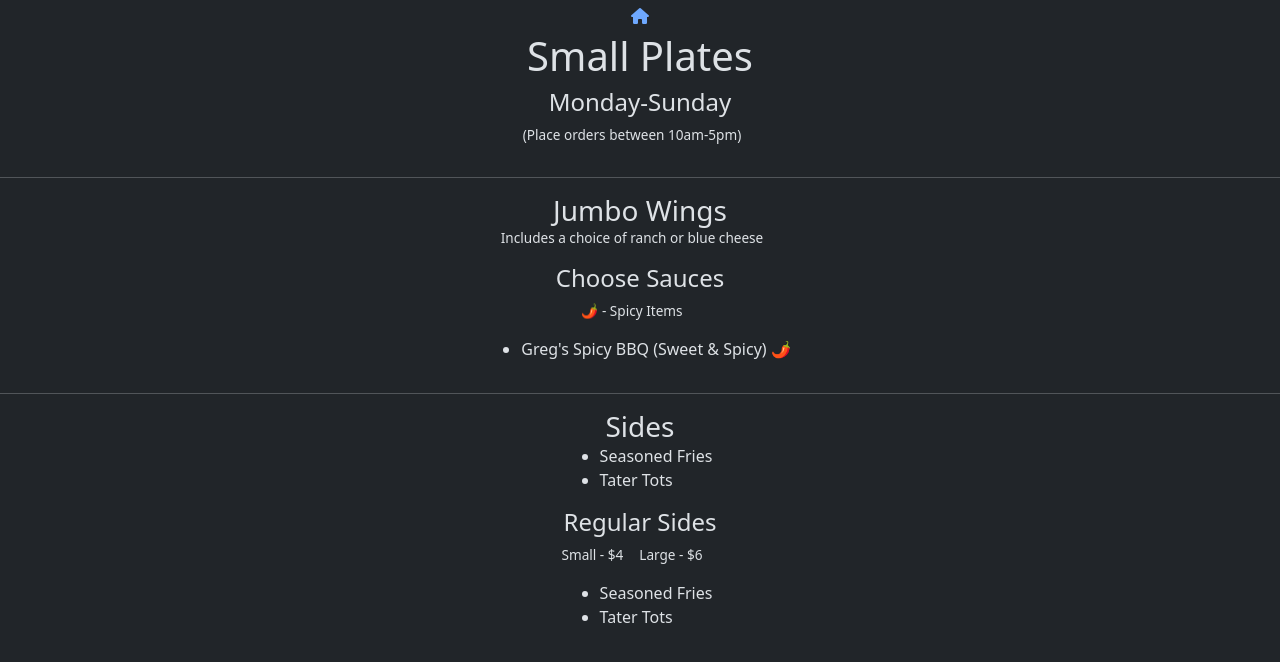
Repository: dukedward/smokehousemenu
Page: plates/index.html
The author's editor kept a copy of each file at every save. The page is drawn from the files as they stood at one save, then again after the next save.
The browser window is 1280 px wide. The pictures show the whole page.
Some web libraries are served in a nearby version.

Above is the page before, as saved 2023-03-06 13:24:53.

### plates/index.html
<!DOCTYPE html>
<html lang="en" data-bs-theme="dark">
<head>
    <meta charset="UTF-8">
    <meta http-equiv="X-UA-Compatible" content="IE=edge">
    <meta name="viewport" content="width=device-width, initial-scale=1.0">
    <link rel="stylesheet" href="https://cdnjs.cloudflare.com/ajax/libs/font-awesome/6.3.0/css/all.min.css" integrity="sha512-SzlrxWUlpfuzQ+pcUCosxcglQRNAq/DZjVsC0lE40xsADsfeQoEypE+enwcOiGjk/bSuGGKHEyjSoQ1zVisanQ==" crossorigin="anonymous" referrerpolicy="no-referrer" />
    <link href="https://cdn.jsdelivr.net/npm/bootstrap@5.3.0-alpha1/dist/css/bootstrap.min.css" rel="stylesheet" integrity="sha384-GLhlTQ8iRABdZLl6O3oVMWSktQOp6b7In1Zl3/Jr59b6EGGoI1aFkw7cmDA6j6gD" crossorigin="anonymous">
    <link rel="stylesheet" href="../style.css" />
    <link rel="shortcut icon" href="../images/favicon.ico" type="image/x-icon">
    <title>Small Plates</title>
</head>
<body>
    <div class="title">
        <a href="/">
            <i class="fa-solid fa-house mt-2 mb-2"></i>
        </a>
        <h1>Small Plates</h1>
        <h4>Monday-Sunday</h4>
        <p>(Place orders between 10am-5pm)</p>
    </div>
    <!-- <hr>
    <div class="sections">
        <div class="sect">
            <h3>Jumbo Wings</h3>
            <div class="desc">
                <p>Includes a choice of ranch or blue cheese</p>
            </div>
            <div class="sub-sect">
                <h4>Choose Amount:</h4>
                <ul>
                    <li>5pc - $7.50</li>
                    <li>10pc - $13</li>
                    <li>20pc - $22</li>
                    <li>30pc - $31</li>
                </ul>
            </div>
            <div class="sub-sect">
                <h4>Choose Style:</h4>
                <ul>
                    <li>Traditional Fried</li>
                    <li>Smoke Fried</li>
                    <li>Signature Wild Wings</li>
                </ul>
            </div>
            <div class="sub-sect">
                <h4>Choose Sauces:</h4>
                <div class="desc">
                    <p>🌶️ - Spicy items</p>
                </div>
                <ul>
                    <li>Greg's Sweet BBQ</li>
                    <li>Sweet Teriyaki</li>
                    <li>Garlic Parmesan</li>
                    <li>Honey Mustard</li>
                    <li>Lemon Pepper</li>
                    <li>Carolina Gold 🌶️</li>
                    <li>Buffalo Sauce 🌶️</li>
                    <li>Hot Garlic 🌶️</li>
                    <li>Hot Honey Garlic 🌶️</li>
                    <li>Greg's Spicy BBQ (Sweet & Spicy) 🌶️</li>
                    <li>Honey Sriracha 🌶️</li>
                    <li>Spicy Honey Mustard 🌶️</li>
                    <li>Sweet Thai Chili 🌶️</li>
                </ul>
            </div>
        </div>
        <hr>
        <div class="sect">
            <h3>Smoked Pork Ribs</h3>
            <ul>
                <li>(2) Bone - $7</li>
                <li>Half Rack - $17.50</li>
                <li>Full Rack - $33</li>
            </ul>
            <h3>Smoked Beef Ribs</h3>
            <ul>
                <li>(1) Bone - $15</li>
                <li>(2) Bones - $25</li>
            </ul>
        </div>
        <hr>
        <div class="sect">
            <h3>Regular Sides</h3>
            <div class="desc">
                <p>Small - $4</p>
                <p>Large - $6</p>
            </div>
            <ul>
                <li>Seasoned Fries</li>
                <li>Tater Tots</li>
            </ul>
            <h3>Specialty Sides</h3>
            <div class="desc">
                <p>Cup - $7</p>
                <p>Pint - $12</p>
                <p>Quart - $21</p>
            </div>
            <ul>
                <li>White chedder Mac-n-Cheese</li>
                <li>Mommas Baked Beans (made w/ beef)</li>
                <li>Southern Green Beans (made w/ Turkey)</li>
            </ul>
            <h3>Garlic Toast</h3>
            <ul>
                <li>Small Basket (3) - $4</li>
                <li>Large Basket (6) - $6</li>
            </ul>
        </div>
        <hr>
        <div class="sect">
            <h3>Plates</h3>
            <div class="desc">
                <p>Includes 1 side & garlic toast</p>
                <p>$3 extra for specialty sides</p>
            </div>
            <ul>
                <li>Fried Shrimp Plate - $16</li>
                <li>Fried Catfish Plate - $16</li>
                <li>Small Wing Plate (5) - $10</li>
                <li>Large Wing Plate (10) - $16</li>
                <li>Chicken Finger Plate (4) - $12</li>
                <li>BBQ Chicken Plate (Leg & Thigh) - $11</li>
                <li>Fried Chicken Plate (Leg & Thigh) - $12</li>
                <li>Pulled Pork (1/2 lb) - $13</li>
                <li>Pork Rib Plate (4) - $15</li>
                <li>Beef Short Rib Plate (1/2 lb) - $20</li>
                <li>Smoked Sausage (1 lb Sliced) - $12</li>
            </ul>
        </div>
        <hr>
        <div class="sect">
            <h3>Sandwiches</h3>
            <div class="desc">
                <p>Includes one side</p>
            </div>
            <ul>
                <li>Chicken Sandwich - $13</li>
                <li>Short Rib Sandwich - $18</li>
                <li>Sausage & Peppers Pork - $15</li>
                <li>Cheese Burger - $11</li>
            </ul>
            <h3>Sliders</h3>
            <div class="desc">
                <p>Includes one side and sauce of choice</p>
            </div>
            <ul>
                <li>Chicken Sliders - $12</li>
                <li>Pulled Pork Sliders - $14</li>
                <li>Beef Short Rib Sliders - $16</li>
                <li>Mix-n-Match Sliders - $15</li>
            </ul>
        </div>
        <hr>
        <div class="sect">
            <h3>Add Ons</h3>
            <ul>
                <li>Side Shrimp (1/4 lb) - $7</li>
                <li>Catfish (1) - $7</li>
                <li>Chicken Finger (1) - $3</li>
                <li>Pork Sausage (1) - $7</li>
            </ul>
        </div>
    </div> -->
    <div class="bottom"></div>
    <script src="https://cdn.jsdelivr.net/npm/bootstrap@5.3.0-alpha1/dist/js/bootstrap.bundle.min.js" integrity="sha384-w76AqPfDkMBDXo30jS1Sgez6pr3x5MlQ1ZAGC+nuZB+EYdgRZgiwxhTBTkF7CXvN" crossorigin="anonymous"></script>
    <script src="../script.js"></script>
</body>
</html>

### style.css
.container {
    height: 100vh;
}

.title {
	display: flex;
	flex-direction: column;
	justify-content: center;
	align-items: center;
}

.sections {
	display: grid;
}

.sect, .sub-sect {
	display: flex;
	flex-direction: column;
	justify-content: left;
	align-items: center;
}

.sect h2,h3 {
    margin-bottom: 0;
}

.desc {
    display: flex;
    flex-direction: row;
    justify-content: space-between;
}

.desc p,.title p {
    padding-right: 1rem;
    font-size: .85rem;
}

### script.js
// Collecting DOM Elements
const bottom = document.querySelector('.bottom');
const sections = document.querySelector('.sections');

// API Data
const categories = [
    {
        name: 'Jumbo Wings',
        hasSubSection: true,
        description: [
            {
                text: 'Includes a choice of ranch or blue cheese',
            },
        ],
    },{
        name: 'Sides',
        hasSubSection: true,
        description: [],
    },
];
const products = [
    {
        name: 'Greg\'s Spicy BBQ (Sweet & Spicy) 🌶️',
        image: '',
        price: 0,
        category: {
            _id: '640533ab345c72c36a197c35',
            name: 'Jumbo Wings'
        },
    }, {
        name: 'Seasoned Fries',
        image: '',
        price: 0,
        category: {
            _id: '87689736897163987',
            name: 'Sides'
        }
    }, {
        name: 'Tater Tots',
        image: '',
        price: 0,
        category: {
            _id: '87689736897163987',
            name: 'Sides'
        }
    }
];
const subCategories = [
    {
        name: 'Choose Sauces',
        description: [
            {
                text: '🌶️ - Spicy Items',
            },
        ],
        category: {
            _id: '640533ab345c72c36a197c35',
            name: 'Jumbo Wings'
        },
    }, {
        name: 'Regular Sides',
        description: [
            {
                text: 'Small - $4'
            },
            {
                text: 'Large - $6'
            }
        ],
        category: {
            _id: '87689736897163987',
            name: 'Sides'
        }
    }
];

document.body.onload = addSection;

function addSection() {
    let catName, subCatName, prodName = ''
    for(i=0; i < categories.length; i++) {
            catName = categories[i].name;
            // create a new div element
            const lineBreak = document.createElement("hr");
            const newDiv = document.createElement("div");
            newDiv.className = "sect";

            // and give it some content
            // Section Title
            const newSectTitle = document.createElement("h3");
            newSectTitle.innerHTML = catName;

            // Section Description
            console.log(categories[i].description.length);
            const newDesc = document.createElement("div");
            newDesc.className = "desc";
            for(e=0; e < categories[i].description.length; e++ ) {
                const newDescText = document.createElement("p");
                newDescText.innerHTML = categories[i].description[i].text;
                // console.log(categories[i].description[i].text);
                newDesc.appendChild(newDescText);
            }

            if(categories[i].hasSubSection === true) {
                for (s=0; s < subCategories.length; s++) {
                    subCatName = subCategories[s].category.name
                    if (catName === subCatName) {
                        // Sub Section
                        const newSubSect = document.createElement("div");
                        newSubSect.className = "sub-sect";

                        // Sub Section Title
                        const newSubSectTitle = document.createElement("h4");
                        newSubSectTitle.innerHTML = subCategories[s].name;

                        // Sub Section Description
                        const newSubSectDesc = document.createElement('div');
                        newSubSectDesc.className = "desc";
                        for (d=0; d < subCategories[s].description.length; d++) {
                            const newSubSectDescText = document.createElement("p");
                            newSubSectDescText.innerHTML = subCategories[s].description[d].text;
                            newSubSectDesc.appendChild(newSubSectDescText);

                            // Sub Section List
                            const newSubSectList = document.createElement('ul');
                            for (p=0; p < products.length; p++) {
                                prodName = products[p].category.name
                                if (catName === prodName) {
                                    const newSubSectListItem = document.createElement('li');
                                    newSubSectListItem.innerHTML = products[p].name
                                    newSubSectList.appendChild(newSubSectListItem)
                                }

                            }
                            // Appending all elements to Sub Section
                            newSubSect.appendChild(newSubSectTitle)
                            newSubSect.appendChild(newSubSectDesc)
                            newSubSect.appendChild(newSubSectList)

                            // Appending all elements to Parent Div
                            newDiv.appendChild(newSectTitle);
                            newDiv.appendChild(newDesc);
                            newDiv.appendChild(newSubSect)
                        }
                    }
                }
            } else {
                //  Section List
                const newSectList = document.createElement('ul');
                for (p=0; p < products.length; p++) {
                    const newSectListItem = document.createElement('li');
                    newSectListItem.innerHTML = products[p].name
                    newSectList.appendChild(newSectListItem)
                }

                // Appending all elements to Parent Div
                newDiv.appendChild(newSectTitle);
                newDiv.appendChild(newDesc);
                newDiv.appendChild(newSectList)
            }

            // add the newly created element and its content into the DOM
            document.body.insertBefore(lineBreak, bottom)
            document.body.insertBefore(newDiv, bottom)
            }
}

After the next save:
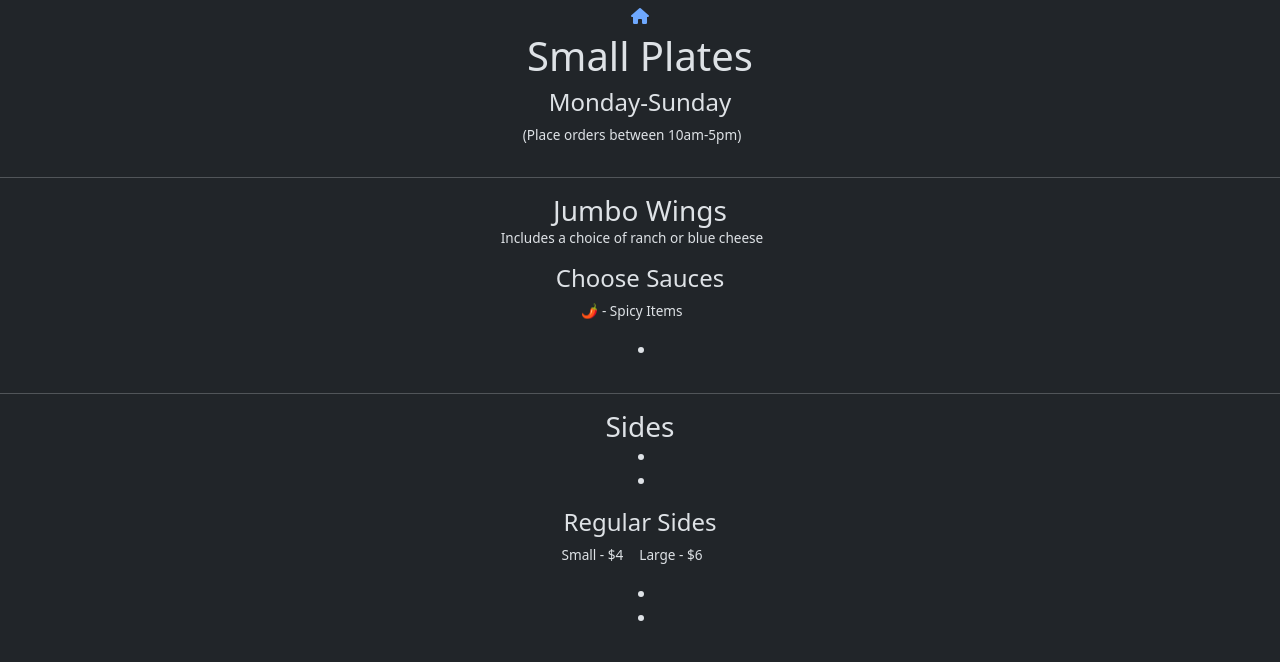
Saved 14 s later.
--- a/script.js
+++ b/script.js
@@ -127,7 +127,7 @@ function addSection() {
                                 prodName = products[p].category.name
                                 if (catName === prodName) {
                                     const newSubSectListItem = document.createElement('li');
-                                    newSubSectListItem.innerHTML = products[p].name
+                                    // newSubSectListItem.innerHTML = products[p].name
                                     newSubSectList.appendChild(newSubSectListItem)
                                 }
 

After the save that followed:
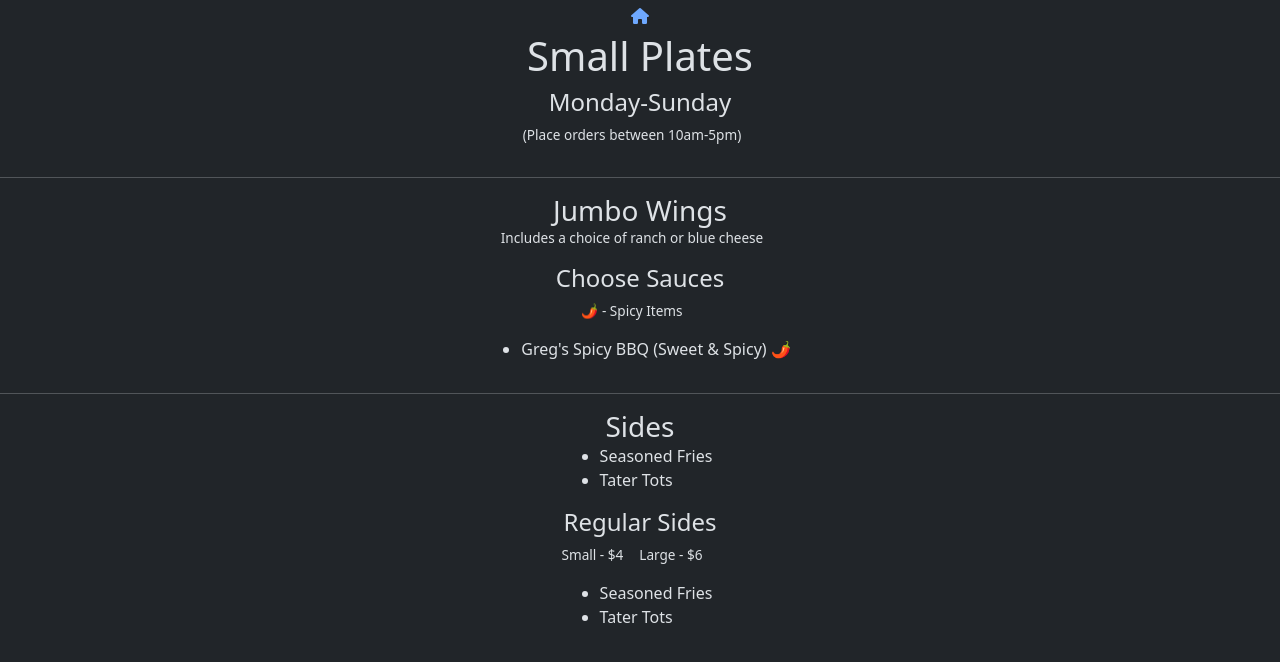
Saved 5 s later.
--- a/script.js
+++ b/script.js
@@ -127,7 +127,7 @@ function addSection() {
                                 prodName = products[p].category.name
                                 if (catName === prodName) {
                                     const newSubSectListItem = document.createElement('li');
-                                    // newSubSectListItem.innerHTML = products[p].name
+                                    newSubSectListItem.innerHTML = products[p].name
                                     newSubSectList.appendChild(newSubSectListItem)
                                 }
 
